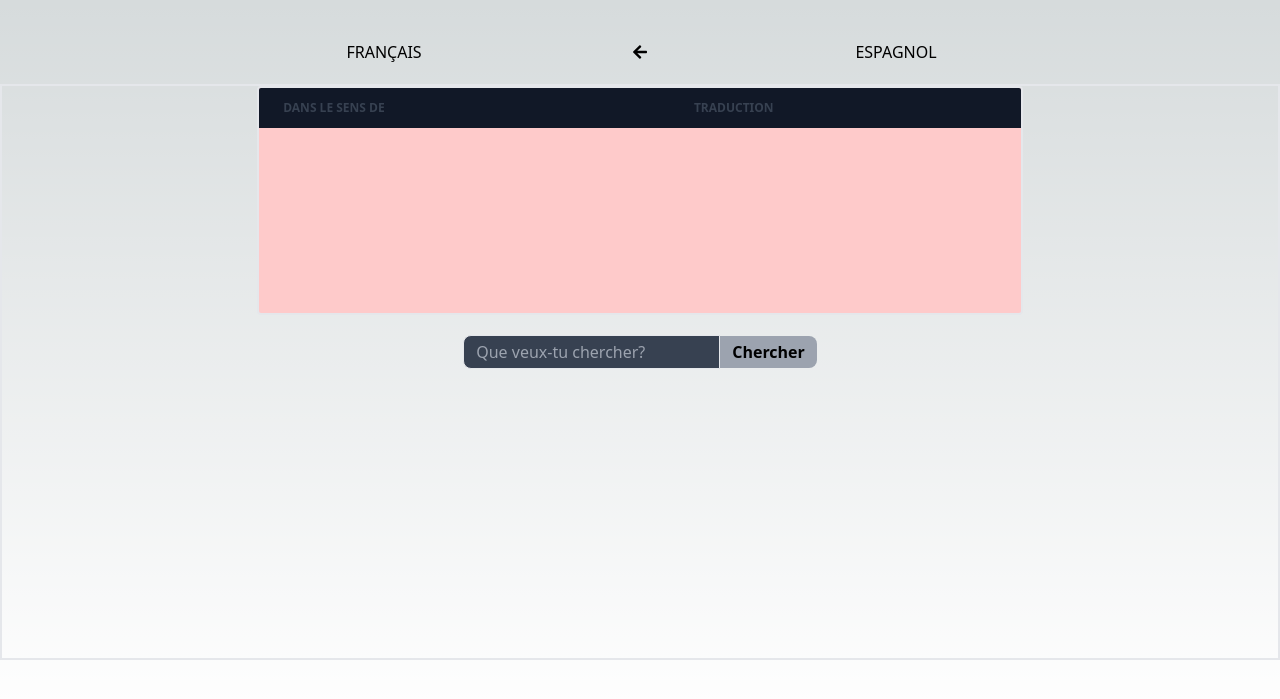
Repository: All-Khwarizmi/Dico
Page: /
The author's editor kept a copy of each file at every save. The page is drawn from the files as they stood at one save, then again after a run of saves.
The browser window is 1280 px wide. The pictures show the whole page.
The project was rebuilt for these pictures with package versions that can differ from the ones it lists, and the page was loaded fresh each time. The framework's server and built-in components were replaced by stand-ins that run in the browser. Also part of the build but not shown: next.config.js, vite.config.ts.

Above is the page before, as saved 2023-02-17 18:28:39.

### src/app/page.tsx
'use client';
import Image from 'next/image';
import { Inter } from '@next/font/google';
import { FaArrowLeft } from 'react-icons/fa';
import { BsArrowRight } from 'react-icons/bs';
import { FaArrowRight } from 'react-icons/fa';
import EspModal from '@/components/EspModal';
import DicoModal from '@/components/DicoModal';

const inter = Inter({ subsets: ['latin'] });
import parse from 'html-react-parser';
import { useState } from 'react';
import Link from 'next/link';

type Trad = {
  source: string;
  target: string;
};
type Translations = Array<Trad>;
interface TranslationsFetch {
  translations: Array<Trad>;
}
export default function Home() {
  const [word, setWord] = useState<string>('');
  const [isFr, setIsFR] = useState<Boolean>(false);
  const [translations, setTranslations] = useState<Translations>([]);

  const submitWord = (e: React.FormEvent<HTMLFormElement>) => {
    e.preventDefault();
    let check = word.split(' ').length;
    console.log('Submitting', check);
    if (check > 1) {
      return window.alert('1 mot à la fois');
    }
    if (isFr) return fetchDico(word).catch((err) => console.log(err));
     fetchDicoEsp(word).catch((err) => console.log(err));
  };

  const inputWord = (e: React.ChangeEvent<HTMLInputElement>) => {
    return setWord(e.target.value);
  };

  const fetchDico = async (word: string): Promise<void> => {
    console.log('Fetching..');
     const url = 'https://dico-ochre.vercel.app/api/dico';
    const options: RequestInit = {
      method: 'POST',
      headers: {
        'Content-Type': 'text/plain;charset=UTF-8',
      },
      body: JSON.stringify(word),
    };
    const res = await fetch(url, options);
    // eslint-disable-next-line @typescript-eslint/no-unsafe-assignment
    const data = await res.json();
    console.log('Data: ', data);
    // eslint-disable-next-line @typescript-eslint/no-unsafe-assignment
    const { translations }: TranslationsFetch = data;
    setTranslations(translations);
    setWord('');
  };
  const fetchDicoEsp = async (word: string): Promise<void> => {
    console.log('Fetching..');
    const url = 'https://dico-ochre.vercel.app/api/esp';
    const options: RequestInit = {
      method: 'POST',
      headers: {
        'Content-Type': 'text/plain;charset=UTF-8',
      },
      body: JSON.stringify(word),
    };
    const res = await fetch(url, options);
    // eslint-disable-next-line @typescript-eslint/no-unsafe-assignment
    const data = await res.json();
    console.log('Data: ', data);
    // eslint-disable-next-line @typescript-eslint/no-unsafe-assignment
    const { translations }: TranslationsFetch = data;
    setTranslations(translations);
    setWord('');
  };
  return (
    <main className='h-screen w-screen'>
      <div className='grid place-items-center pt-5 '>
        {isFr ? (
          <div className='grid w-[60%] grid-cols-3  place-items-center  '>
            <button onClick={() => setIsFR(!isFr)}>
              <h1 className='py-5 text-center uppercase text-1xl'>Français</h1>
            </button>
            <button onClick={() => setIsFR(!isFr)}>
              <FaArrowRight />
            </button>
            <button onClick={() => setIsFR(!isFr)}>
              <h1 className='py-5 text-center uppercase text-1xl'>Espagnol</h1>
            </button>
          </div>
        ) : (
          <div className='grid w-[60%] grid-cols-3  place-items-center  '>
            <button onClick={() => setIsFR(!isFr)}>
              <h1 className='py-5 text-center uppercase text-1xl'>Français</h1>
            </button>
            <button onClick={() => setIsFR(!isFr)}>
              <FaArrowLeft />
            </button>
            <button onClick={() => setIsFR(!isFr)}>
              <h1 className='py-5 text-center uppercase text-1xl'>Espagnol</h1>
            </button>
          </div>
        )}
      </div>
      <div className='flex h-[80%] flex-col border border-2 items-center gap-5'>
        <div className=' h-[40%] max-h-[40%] w-[60%] overflow-scroll rounded border-2 border-solid bg-red-200'>
          <div className='text-black '>
            <div className=''>
              <table className='  relative w-full text-left text-sm text-gray-500 dark:text-gray-400'>
                <thead className='  sticky top-0 bg-gray-900 text-xs uppercase text-gray-700 '>
                  <tr>
                    <th scope='col' className='px-6 dark:text-white py-3 '>
                      Dans le sens de
                    </th>
                    <th scope='col' className='px-6 dark:text-white py-3 '>
                      Traduction
                    </th>
                  </tr>
                </thead>
                <tbody className='bg-gray-800'>
                  {translations?.map((trad: Trad, index) => {
                    return (
                      <tr
                        className='border-b bg-white dark:border-gray-700 dark:bg-gray-800'
                        key={index}
                      >
                        <td className='px-6 py-4'> {parse(trad?.source)}</td>
                        <th
                          scope='row'
                          className='whitespace-nowrap px-6 py-4 font-medium text-gray-900 dark:text-white'
                        >
                          {parse(trad?.target)}
                        </th>
                      </tr>
                    );
                  })}
                </tbody>
              </table>
            </div>
          </div>
        </div>
        <form className='text-black' onSubmit={(e) => submitWord(e)}>
          <input
            onChange={(event) => inputWord(event)}
            value={word}
            placeholder='Que veux-tu chercher?'
            className='rounded-lg border dark:text-white border-1 bg-gray-700 rounded-r-none px-3 py-1'
            type='text'
            name='word'
            id='word'
          />
          <button
            className='rounded-lg rounded-l-none bg-gray-400 dark:text-white font-bold dark:bg-purple-900 px-3 py-1 dark:py-1.5'
            type='submit'
          >
            Chercher
          </button>
        </form>
      </div>
    </main>
  );
}

Loaded but not shown: src/app/layout.tsx (common file); src/app/globals.css (common file); tailwind.config.js (common file)

After the next 2 saves:
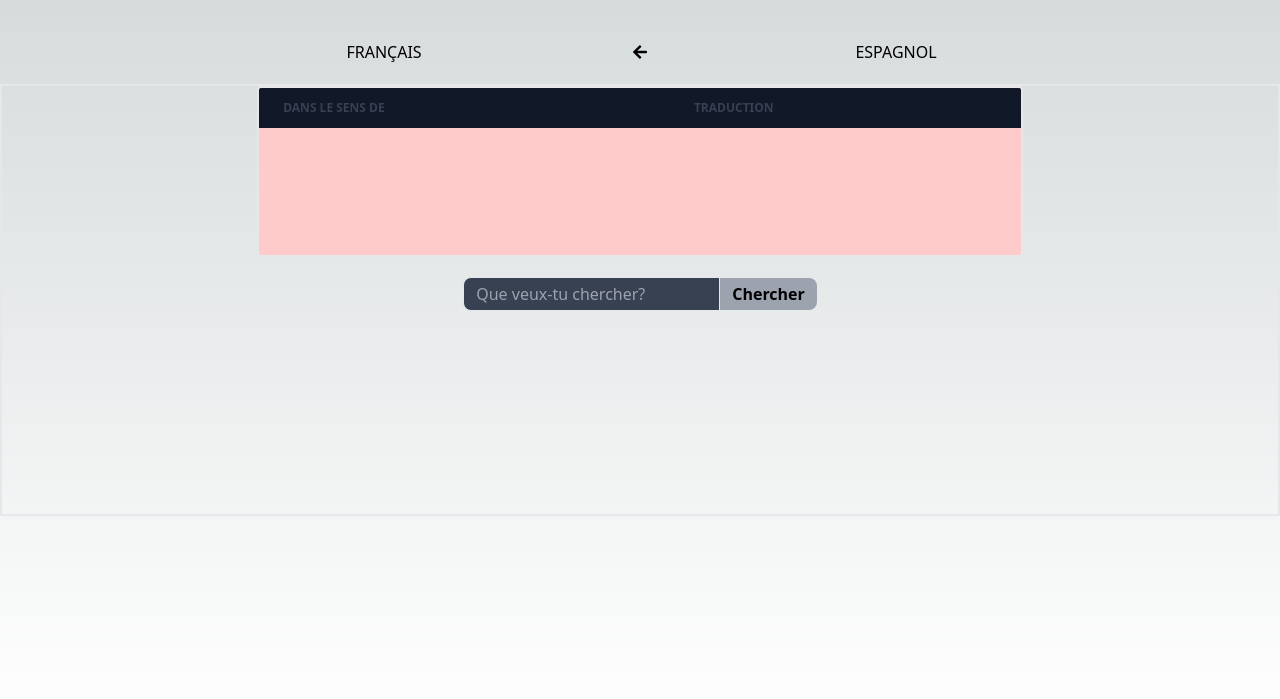
The 2 saves are shown as one change because they came seconds apart.
The last was saved 10 s later.
--- a/src/app/page.tsx
+++ b/src/app/page.tsx
@@ -107,7 +107,7 @@ export default function Home() {
           </div>
         )}
       </div>
-      <div className='flex h-[80%] flex-col border border-2 items-center gap-5'>
+      <div className='flex h-[60%] flex-col border border-2 items-center gap-5'>
         <div className=' h-[40%] max-h-[40%] w-[60%] overflow-scroll rounded border-2 border-solid bg-red-200'>
           <div className='text-black '>
             <div className=''>
